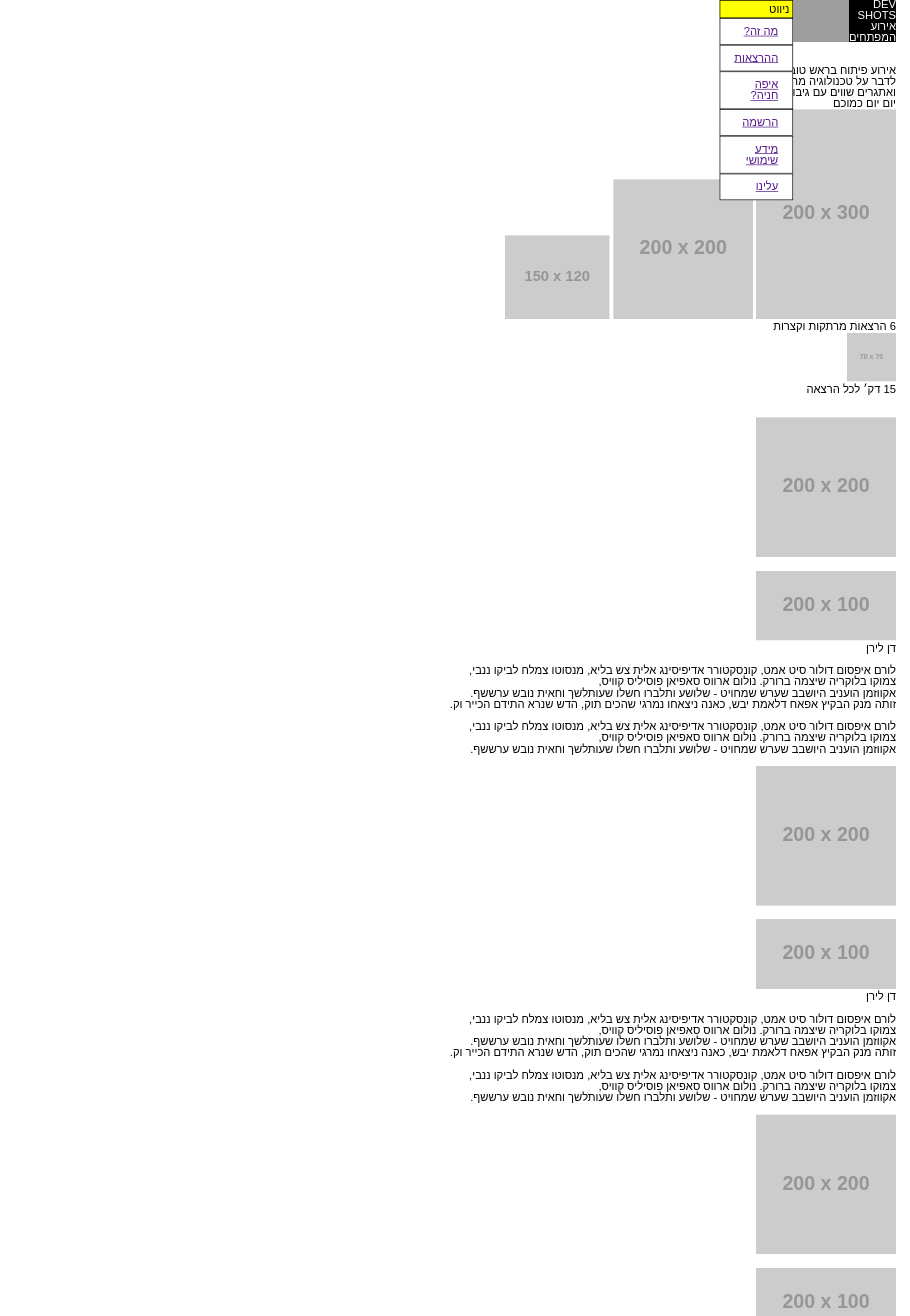
Repository: Julian-Escobar/DevShots
Page: index.html
The author's editor kept a copy of each file at every save. The page is drawn from the files as they stood at one save, then again after the next save.
The browser window is 1280 px wide. The page is 1280 px wide, then 1300 px, so the pictures cover 1300 px, including what lies to the right of the window. The pictures show the part of the page from y = 0 to 1880 px (the page is 5922 px tall), at 70% of full size.
Pictures or frames that could not be fetched are drawn as grey boxes.

Above is the page before, as saved 2018-08-28 09:37:40.

### index.html
<!DOCTYPE HTML>
<html>
  <head>
      <link rel="stylesheet" href="style.css">
        <style>

                body{
                    text-align: right;
                    direction: rtl;
                }
        </style>
  </head>
  <body>
      <!--header-->
       <header>
        <h2 class="title">   DEV SHOTS אירוע המפתחים  </h2>
       <div ><a ></a><img class="netcraftlogo" src="https://cdn.dribbble.com/users/277968/screenshots/1639449/netcraftdev_1x.png" alt="netcraft logo"></a> </div>
        <div class="dropdownnav"> <nav>
            <ul>
              <li><div class="navtitle"> <b>ניווט</b></li><li><a class="navlink" href=""> מה
                   זה? </a></li><li><a class="navlink" href=""> ההרצאות

                   </a></li><li><a class="navlink" href=""> איפה
                        חניה? </a></li><li><a class="navlink" href=""> הרשמה

                        </a></li><li><a class="navlink" href=""> מידע
                             שימושי </a></li><li><a class="navlink" href=""> עלינו </a></li>
                                  </ul>
        </nav> </div>
       </header>
       <br> <br>

       <!--section 1-->
       <section class="section1 conteiner" >
               <div> <h1 class="secondtitle">אירוע פיתוח בראש טוב</h1>
                     <p> לדבר על טכנולוגיה מהחזית <br>ואתגרים שווים עם גיבורי<br> יום יום כמוכם</p>
               </div>
          <a class="robot 1"href="https://placeholder.com"><img src="https://via.placeholder.com/200x300" alt="robot1 image"></a>
          <a class="robot 2"href="https://placeholder.com"><img src="https://via.placeholder.com/200x200" alt="robot2 image"></a>
          <a class="robot 3"href="https://placeholder.com"><img src="https://via.placeholder.com/150x120" alt="robot3 image"></a>
       </section>

              <!--section 2 lectures-->
        <section class="section2 conteiner">
                    <h3>6 הרצאות מרתקות וקצרות</h3>
                    <div class="lecture time"> <a class="clock icon"href="https://placeholder.com"><img src="https://via.placeholder.com/70x70"alt="clock icon"> </a>
                    <p>15 דק׳ לכל הרצאה</p></div>
                    <br>
                    <br>

                  <article class="lecture container">
                            <a class="prof picture"href="https://placeholder.com"><img src="https://via.placeholder.com/200x200" alt="lecturer photo"></a>
                             <h3 class="card title">חומריות בעולם הגידיטל</h3>
                             <a class="bubble image"href="https://placeholder.com"><img src="https://via.placeholder.com/200x100"alt="bubble image"></a>
                                <p class="prof name">דן לירן</p> </div>
                                <p class=><br>לורם איפסום דולור סיט אמט, קונסקטורר אדיפיסינג אלית צש בליא, מנסוטו צמלח לביקו ננבי,
                                        <br>צמוקו בלוקריה שיצמה ברורק. נולום ארווס סאפיאן פוסיליס קוויס,
                                        <br>אקווזמן הועניב היושבב שערש שמחויט - שלושע ותלברו חשלו שעותלשך וחאית נובש ערששף.
                                        <br> זותה מנק הבקיץ אפאח דלאמת יבש, כאנה ניצאחו נמרגי שהכים תוק, הדש שנרא התידם הכייר וק.</p>
                                    <p><br>לורם איפסום דולור סיט אמט, קונסקטורר אדיפיסינג אלית צש בליא, מנסוטו צמלח לביקו ננבי,
                                        <br> צמוקו בלוקריה שיצמה ברורק. נולום ארווס סאפיאן פוסיליס קוויס,
                                        <br>  אקווזמן הועניב היושבב שערש שמחויט - שלושע ותלברו חשלו שעותלשך וחאית נובש ערששף. </p>

                 </article>
                 <br>
                 <article class="lecture container">
                        <a class="prof picture"href="https://placeholder.com"><img src="https://via.placeholder.com/200x200"alt="lecturer photo"></a>
                         <h3 class="card title">חומריות בעולם הגידיטל</h3>
                         <a class="bubble image"href="https://placeholder.com"><img src="https://via.placeholder.com/200x100"alt="bubble image"></a>
                            <p class="prof name">דן לירן</p> </div>
                            <p class=><br>לורם איפסום דולור סיט אמט, קונסקטורר אדיפיסינג אלית צש בליא, מנסוטו צמלח לביקו ננבי,
                                    <br>צמוקו בלוקריה שיצמה ברורק. נולום ארווס סאפיאן פוסיליס קוויס,
                                    <br>אקווזמן הועניב היושבב שערש שמחויט - שלושע ותלברו חשלו שעותלשך וחאית נובש ערששף.
                                    <br> זותה מנק הבקיץ אפאח דלאמת יבש, כאנה ניצאחו נמרגי שהכים תוק, הדש שנרא התידם הכייר וק.</p>
                                <p><br>לורם איפסום דולור סיט אמט, קונסקטורר אדיפיסינג אלית צש בליא, מנסוטו צמלח לביקו ננבי,
                                    <br> צמוקו בלוקריה שיצמה ברורק. נולום ארווס סאפיאן פוסיליס קוויס,
                                    <br>  אקווזמן הועניב היושבב שערש שמחויט - שלושע ותלברו חשלו שעותלשך וחאית נובש ערששף. </p>

             </article>

             <br>
             <article class="lecture container">
                    <a class="prof picture"href="https://placeholder.com"><img src="https://via.placeholder.com/200x200"alt="lecturer photo"></a>
                    <h3 class="card title">חומריות בעולם הגידיטל</h3>
                     <a class="bubble image"href="https://placeholder.com"><img src="https://via.placeholder.com/200x100"alt="bubble image"></a>
                        <p class="prof name">דן לירן</p> </div>
                        <p class=><br>לורם איפסום דולור סיט אמט, קונסקטורר אדיפיסינג אלית צש בליא, מנסוטו צמלח לביקו ננבי,
                                <br>צמוקו בלוקריה שיצמה ברורק. נולום ארווס סאפיאן פוסיליס קוויס,
                                <br>אקווזמן הועניב היושבב שערש שמחויט - שלושע ותלברו חשלו שעותלשך וחאית נובש ערששף.
                                <br> זותה מנק הבקיץ אפאח דלאמת יבש, כאנה ניצאחו נמרגי שהכים תוק, הדש שנרא התידם הכייר וק.</p>
                            <p><br>לורם איפסום דולור סיט אמט, קונסקטורר אדיפיסינג אלית צש בליא, מנסוטו צמלח לביקו ננבי,
                                <br> צמוקו בלוקריה שיצמה ברורק. נולום ארווס סאפיאן פוסיליס קוויס,
                                <br>  אקווזמן הועניב היושבב שערש שמחויט - שלושע ותלברו חשלו שעותלשך וחאית נובש ערששף. </p>

         </article>
         <br>

         <article class="lecture container">
                <a class="prof picture"href="https://placeholder.com"><img src="https://via.placeholder.com/200x200"alt="lecturer photo"></a>
                <h3 class="card title">חומריות בעולם הגידיטל</h3>
                <a class="bubble image"href="https://placeholder.com"><img src="https://via.placeholder.com/200x100"alt="bubble image"></a>
                    <p class="prof name">דן לירן</p> </div>
                    <p class=><br>לורם איפסום דולור סיט אמט, קונסקטורר אדיפיסינג אלית צש בליא, מנסוטו צמלח לביקו ננבי,
                            <br>צמוקו בלוקריה שיצמה ברורק. נולום ארווס סאפיאן פוסיליס קוויס,
                            <br>אקווזמן הועניב היושבב שערש שמחויט - שלושע ותלברו חשלו שעותלשך וחאית נובש ערששף.
                            <br> זותה מנק הבקיץ אפאח דלאמת יבש, כאנה ניצאחו נמרגי שהכים תוק, הדש שנרא התידם הכייר וק.</p>
                        <p><br>לורם איפסום דולור סיט אמט, קונסקטורר אדיפיסינג אלית צש בליא, מנסוטו צמלח לביקו ננבי,
                            <br> צמוקו בלוקריה שיצמה ברורק. נולום ארווס סאפיאן פוסיליס קוויס,
                            <br>  אקווזמן הועניב היושבב שערש שמחויט - שלושע ותלברו חשלו שעותלשך וחאית נובש ערששף. </p>

     </article>
     <br>

     <article class="lecture container">
            <a class="prof picture"href="https://placeholder.com"><img src="https://via.placeholder.com/200x200"alt="lecturer photo"></a>
             <h3 class="card title">חומריות בעולם הגידיטל</h3>
             <a class="bubble image"href="https://placeholder.com"><img src="https://via.placeholder.com/200x100"alt="bubble image"></a>
                <p class="prof name">דן לירן</p> </div>
                <p class=><br>לורם איפסום דולור סיט אמט, קונסקטורר אדיפיסינג אלית צש בליא, מנסוטו צמלח לביקו ננבי,
                        <br>צמוקו בלוקריה שיצמה ברורק. נולום ארווס סאפיאן פוסיליס קוויס,
                        <br>אקווזמן הועניב היושבב שערש שמחויט - שלושע ותלברו חשלו שעותלשך וחאית נובש ערששף.
                        <br> זותה מנק הבקיץ אפאח דלאמת יבש, כאנה ניצאחו נמרגי שהכים תוק, הדש שנרא התידם הכייר וק.</p>
                    <p><br>לורם איפסום דולור סיט אמט, קונסקטורר אדיפיסינג אלית צש בליא, מנסוטו צמלח לביקו ננבי,
                        <br> צמוקו בלוקריה שיצמה ברורק. נולום ארווס סאפיאן פוסיליס קוויס,
                        <br>  אקווזמן הועניב היושבב שערש שמחויט - שלושע ותלברו חשלו שעותלשך וחאית נובש ערששף. </p>

 </article>

 <br>
 <article class="lecture container">
        <a class="prof picture"href="https://placeholder.com"><img src="https://via.placeholder.com/200x200"alt="lecturer photo"></a>
         <h3 class="card title">חומריות בעולם הגידיטל</h3>
         <a class="bubble image"href="https://placeholder.com"><img src="https://via.placeholder.com/200x100"alt="bubble image"></a>
            <p class="prof name">דן לירן</p> </div>
            <p class=><br>לורם איפסום דולור סיט אמט, קונסקטורר אדיפיסינג אלית צש בליא, מנסוטו צמלח לביקו ננבי,
                    <br>צמוקו בלוקריה שיצמה ברורק. נולום ארווס סאפיאן פוסיליס קוויס,
                    <br>אקווזמן הועניב היושבב שערש שמחויט - שלושע ותלברו חשלו שעותלשך וחאית נובש ערששף.
                    <br> זותה מנק הבקיץ אפאח דלאמת יבש, כאנה ניצאחו נמרגי שהכים תוק, הדש שנרא התידם הכייר וק.</p>
                <p><br>לורם איפסום דולור סיט אמט, קונסקטורר אדיפיסינג אלית צש בליא, מנסוטו צמלח לביקו ננבי,
                    <br> צמוקו בלוקריה שיצמה ברורק. נולום ארווס סאפיאן פוסיליס קוויס,
                    <br>  אקווזמן הועניב היושבב שערש שמחויט - שלושע ותלברו חשלו שעותלשך וחאית נובש ערששף. </p>
</article>
<div> <a class="robot4"> <img src="https://via.placeholder.com/70x70"alt="robot4 image"> </a></div>
</section>


<!--section 3 directions-->

<section>
    <article>
    <h4> אז איפה שמים את האוטו?</h4>
    <p>ועוד כמה פרטים חשובים...</p>
    <p> הערב יערך במועדון הסבל</p>
    <address> דרך שלומו 53, תל אביב</address>
 <div class="buses container">
       <hr class=line1>
       <p>מתכנסים בשעה</p>
       <p><big> 18:30 </big></p>
       <hr class=line1>
       <dl>
            <dt>חניה</dt>
              <hr class=line1>
              <dd>1. חניון אלי פלט</dd>
              <dd>2. רחוב אלפסי</dd>
              <dd>3. רחוב חיים בן אתר</dd>
       </dl>
 </div>

 <div class="buses container">
                <hr class=line1>
                <p>מתחילים בשעה:</p>
                <p><big> 19:00 </big></p>
                <hr class=line1>
                <dl>

                     <dt>אוטובוסים</dt>
                       <hr class=line1>
                       <dd>1. רכבת מרכז - 142,42</dd>
                       <dd>2. תחנה מרכזית - 163, 201, 96</dd>
                </dl>
 </div>
 <div class="map">
        <a class="map"> <img src="https://via.placeholder.com/400x400" alt="map image"> </a></div>
        <a class="lupa"> <img src="https://via.placeholder.com/15x15" alt="lupa icon"> </a></div>
        <a href="url">למפה המלאה</a>
</div> </article> </section>
<br>

<!--section 4 contact-->
<h5> הרשמה </h5>
<p>הכניסה היא בחינם אבל מספר המקומות מצומצם.</p>
<p> הערב יערך במועדון הסבנשמח אם תרשמו רק אם אתם מתכוונים להגיע- כדי שלא נסרב למישהו אחר</p>
<hr class=line3>
<p>כל הפרטים אישיים ישארו חסומים ולא נעביא אותם לאף אחד</p>
<hr class=line3>
<br>
<br>

<form action="" method="post">
    <div>
        <label for="name">שם מלא</label>
        <input type="text" placeholder="פרטי וגם משפחה" id="name" name="user_name">
    </div>
    <div>
        <label for="position">תפקיד</label>
        <input  type="position" placeholder="מה אתם עושים ביום יום" id="position" name="user_position">
    </div>
    <div>
            <label for="organization">ארגון</label>
            <input  type="organization" placeholder="מי משלם לכם משכורת" id="organization" name="user_organization">
        </div>
    <div>
            <label for="phone">מספר טלפון</label>
            <input  type="phone" placeholder="או סלולרי, לנו זה לא איכפת" id="phone" name="user_phone">
        </div>
        <div>
                <label for="friends">יש חברים?</label>
                <input  type="friends" placeholder="יש מלא אבל אני בא לבד" id="friends" name="user_friends">
            </div>
            <button name="button">זהו שלח אותי</button>
    </form>
    <br>

<!--section 5 Useful information-->

<section>
    <h6><big>מידע שימושי</big></h6>

    <article> <div class="card2"> <a class="card2 image"> <img src="https://via.placeholder.com/100x100"alt="card image"></a><h3 class="car2 title">קונסקטורר אדיפיסינג אלית</h3>
        <p class="p card2">לורם איפסום דולור סיט אמט, קונסקטורר אדיפיסינג אלית נולום ארווס סאפיאן - פוסיליס קוויס, אקווזמן קולורס מונפרד אדנדום סילקוף, מרגשי ומרגשח</p>
    </div></article>

    <article> <div class="card2"> <a class="card2 image"> <img src="https://via.placeholder.com/100x100"alt="card image"></a><h3 class="car2 title">קונסקטורר אדיפיסינג אלית</h3>
        <p class="p card2">לורם איפסום דולור סיט אמט, קונסקטורר אדיפיסינג אלית נולום ארווס סאפיאן - פוסיליס קוויס, אקווזמן קולורס מונפרד אדנדום סילקוף, מרגשי ומרגשח</p>
    </div></article>

    <article> <div class="card2"> <a class="card2 image"> <img src="https://via.placeholder.com/100x100"alt="card image"></a><h3 class="car2 title">קונסקטורר אדיפיסינג אלית</h3>
        <p class="p card2">לורם איפסום דולור סיט אמט, קונסקטורר אדיפיסינג אלית נולום ארווס סאפיאן - פוסיליס קוויס, אקווזמן קולורס מונפרד אדנדום סילקוף, מרגשי ומרגשח</p>
    </div></article>

    <article> <div class="card2"> <a class="card2 image"> <img src="https://via.placeholder.com/100x100"alt="card image"></a><h3 class="car2 title">קונסקטורר אדיפיסינג אלית</h3>
        <p class="p card2">לורם איפסום דולור סיט אמט, קונסקטורר אדיפיסינג אלית נולום ארווס סאפיאן - פוסיליס קוויס, אקווזמן קולורס מונפרד אדנדום סילקוף, מרגשי ומרגשח</p>
    </div></article>

    <article> <div class="card2"> <a class="card2 image"> <img src="https://via.placeholder.com/100x100"alt="card image"></a><h3 class="car2 title">קונסקטורר אדיפיסינג אלית</h3>
        <p class="p card2">לורם איפסום דולור סיט אמט, קונסקטורר אדיפיסינג אלית נולום ארווס סאפיאן - פוסיליס קוויס, אקווזמן קולורס מונפרד אדנדום סילקוף, מרגשי ומרגשח</p>
    </div></article>

    <article> <div class="card2"> <a class="card2 image"> <img src="https://via.placeholder.com/100x100"alt="card image"></a><h3 class="car2 title">קונסקטורר אדיפיסינג אלית</h3>
        <p class="p card2">לורם איפסום דולור סיט אמט, קונסקטורר אדיפיסינג אלית נולום ארווס סאפיאן - פוסיליס קוויס, אקווזמן קולורס מונפרד אדנדום סילקוף, מרגשי ומרגשח</p>
    </div></article>

    <a class="bottom robot"> <img src="https://via.placeholder.com/200x100"></a>
</section>

<!--section 6 footer-->
<section>
    <div class="footer div"><H3 class="footer title"> קצת עלינו</H3></div>
            <sec> <div class="footer components"> <a class="netcraft logo"> <img src="https://via.placeholder.com/100x30"alt="net craft logo"></a> </div>
            <div class="footer components"><p><b><big> נטפרפט </big></b>ורם איפסום דולור סיט אמט, קונסקטורר אדיפיסינג אלית נולום ארווס סאפיאן - פוסיליס קוויס, אקווזמן קולורס מונפרד אדנדום סילקוף, מרגשי ומרגשח. עמחליף גולר מונפרר סוברט</p></div>
            <div class="footer components"> <a class="logo"> <img src="https://via.placeholder.com/30x30"></a> <p>לורם איפסום דולור סיט אמט</p> </div>
            <div class="footer components"> <a class="logo"> <img src="https://via.placeholder.com/30x30"></a> <p>לורם איפסום דולור סיט אמט</p> </div>
            <div class="footer components"> <a class="logo"> <img src="https://via.placeholder.com/30x30"></a> <p>לורם איפסום דולור סיט אמט</p> </div>
            <div class="footer components"> <a class="logo"> <img src="https://via.placeholder.com/30x30"></a> <p>לורם איפסום דולור סיט אמט</p> </div>

            <div class="footer detail"> <p> איפסום דולור סיט אמט | איפסום דולור סיט אמט | איפסום דולור סיט אמט | some info@here </p> <a class="logo netcraft small"> <img src="https://via.placeholder.com/30x12"alt="netcraft logo"></a>  </div></sec>
</section>

  </body>
</html>

### style.css
/* http://meyerweb.com/eric/tools/css/reset/
   v2.0 | 20110126
   License: none (public domain)
*/

html, body, div, span, applet, object, iframe,
h1, h2, h3, h4, h5, h6, p, blockquote, pre,
a, abbr, acronym, address, big, cite, code,
del, dfn, em, img, ins, kbd, q, s, samp,
small, strike, strong, sub, sup, tt, var,
b, u, i, center,
dl, dt, dd, ol, ul, li,
fieldset, form, label, legend,
table, caption, tbody, tfoot, thead, tr, th, td,
article, aside, canvas, details, embed,
figure, figcaption, footer, header, hgroup,
menu, nav, output, ruby, section, summary,
time, mark, audio, video {
	margin: 0;
	padding: 0;
	border: 0;
	font-size: 100%;
	font: inherit;
	vertical-align: baseline;
}
/* HTML5 display-role reset for older browsers */
article, aside, details, figcaption, figure,
footer, header, hgroup, menu, nav, section {
	display: block;
}
body {
	line-height: 1;
}
ol, ul {
	list-style: none;
}
blockquote, q {
	quotes: none;
}
blockquote:before, blockquote:after,
q:before, q:after {
	content: '';
	content: none;
}
table {
	border-collapse: collapse;
	border-spacing: 0;
}




html {
    -moz-box-sizing: border-box;
    box-sizing: border-box;
}

ul {
    list-style: none;
  }

*,
*:before,
*:after {
    box-sizing: inherit;
}

@font-face {
    font-family: 'Rubik', sans-serif;
    src: url("hhttps://fonts.googleapis.com/css?family=Rubik" );
}

body{
    font-family: 'Rubik', sans-serif;
    margin: 0 auto;
}
.headerconteiner{
    width: 1300px;
}
header{
    display: flex;
    justify-content: space-between;
    align-content: center;
    background-color: black;
    height: 60px;
    width: 100px;

    }

.title {
    font-weight: 100;
    color: white;
    align-self: center;
}
.netcraftlogo {
    height:60px;
    align-self: center;

    }

    .navtitle {
        background-color: yellow;
        padding: 4px;
        border: 1px solid black
    }

    .navlink {
        background-color: white;
        padding: 4px;
        border: 1px solid black;
        align-self: right;
        display: block;
        position: relative;
        z-index: 100;
        margin-top: 0px;
        padding-top: 10px;
        padding-bottom: 10px;
        padding-left: 20px;
        padding-right: 20px;
   }

After the next save:
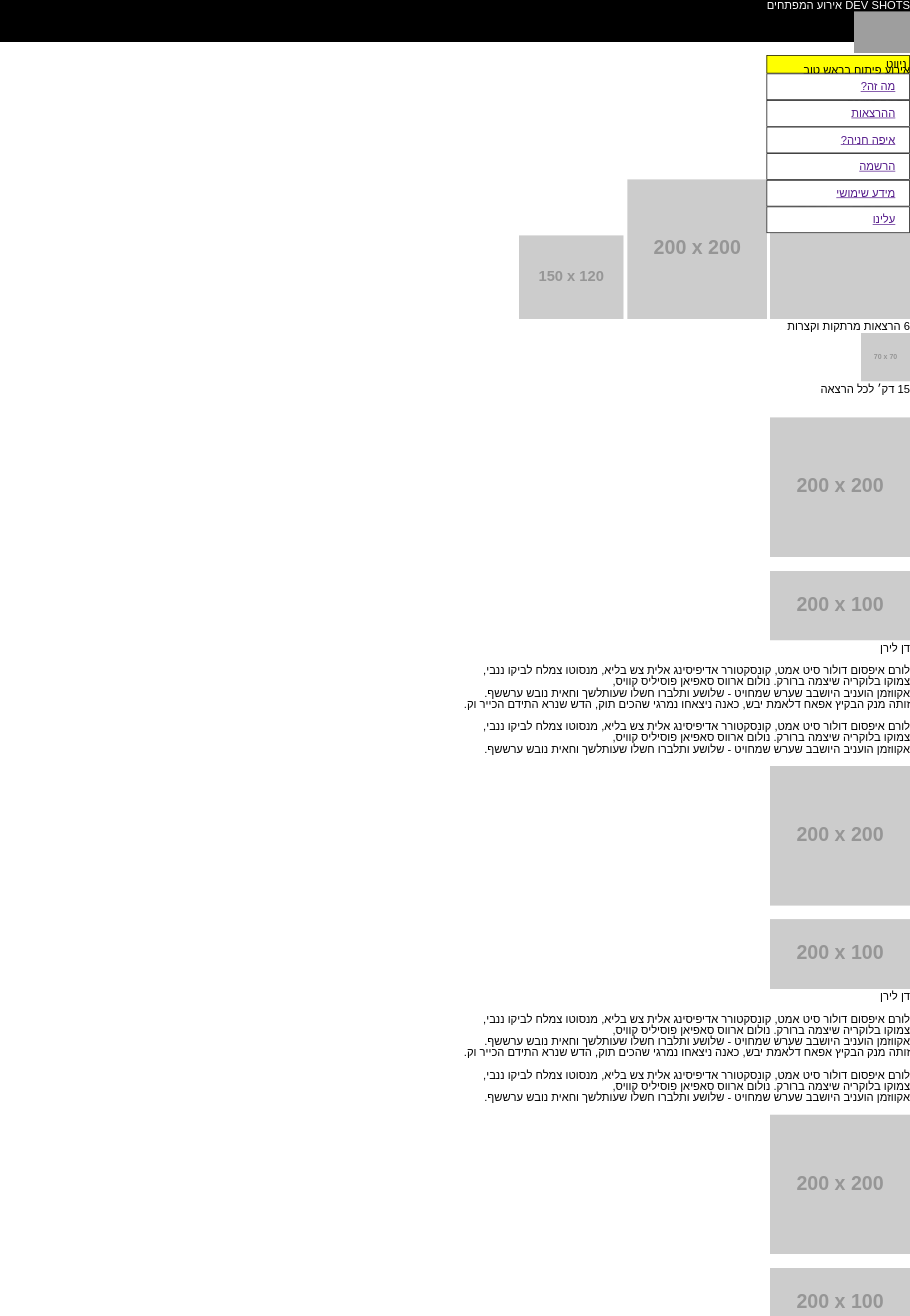
Saved 2 s later.
--- a/index.html
+++ b/index.html
@@ -12,8 +12,8 @@
   </head>
   <body>
       <!--header-->
-       <header>
-        <h2 class="title">   DEV SHOTS אירוע המפתחים  </h2>
+       <header class="headerconteiner">
+      <div>  <h2 class="title">   DEV SHOTS אירוע המפתחים  </h2>
        <div ><a ></a><img class="netcraftlogo" src="https://cdn.dribbble.com/users/277968/screenshots/1639449/netcraftdev_1x.png" alt="netcraft logo"></a> </div>
         <div class="dropdownnav"> <nav>
             <ul>
@@ -26,7 +26,7 @@
                         </a></li><li><a class="navlink" href=""> מידע
                              שימושי </a></li><li><a class="navlink" href=""> עלינו </a></li>
                                   </ul>
-        </nav> </div>
+        </nav> </div> </div>
        </header>
        <br> <br>
 
